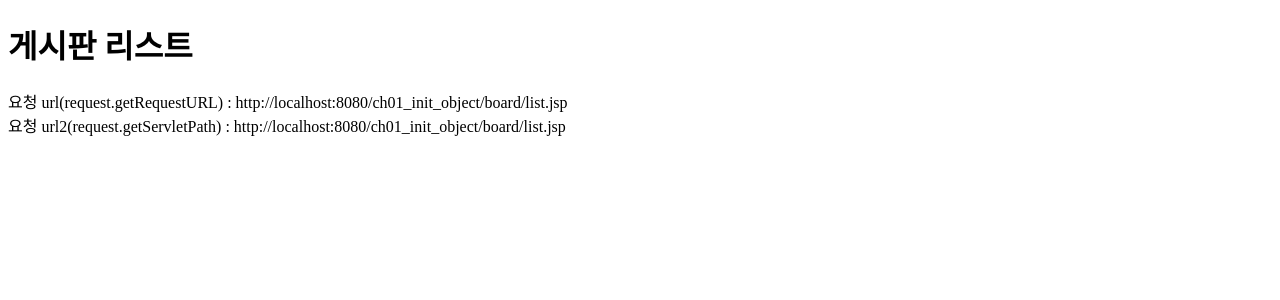
Repository: seokku/java2
Page: http://localhost/ch01_init_object/board/list.jsp
An editor plug-in stored every save of this project. The page is shown before and after the next save, followed by the edit.
The browser window is 1280 px wide. The pictures show the whole page.
The page is served by Tomcat 9. Other server files are loaded and not shown.

Above is the page before, as saved 2021-02-17 05:39:06.

### workspace/jsp/ch01_init_object/WebContent/board/list.jsp
<%@page import="com.webjjang.main.controller.Beans"%>
<%@ page language="java" contentType="text/html; charset=UTF-8"
    pageEncoding="UTF-8"%>

<%
// ----------- 데이터 처리
// 요청한  url 가져오기
String url = request.getRequestURL().toString();
String url2 = request.getServletPath();

// List list = Beans.get(url);

%>

<!-- 데이터 표시     -->
<!DOCTYPE html>
<html>
<head>
<meta charset="UTF-8">
<title>게시판 리스트</title>
</head>
<body>
<h1>게시판 리스트</h1>
요청 url(request.getRequestURL) : <%= url %><br/>
요청 url2(request.getServletPath) : <%= url %><br/>
</body>
</html>

After the next save:
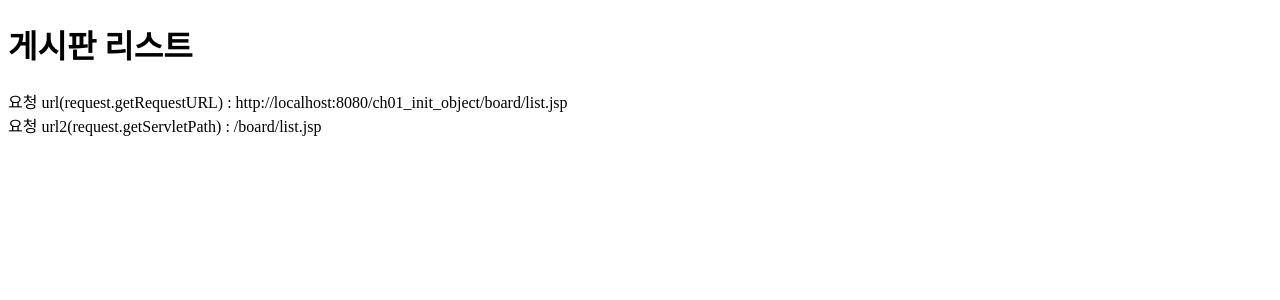
Saved 11 s later.
--- a/workspace/jsp/ch01_init_object/WebContent/board/list.jsp
+++ b/workspace/jsp/ch01_init_object/WebContent/board/list.jsp
@@ -22,6 +22,6 @@
 <body>
 <h1>게시판 리스트</h1>
 요청 url(request.getRequestURL) : <%= url %><br/>
-요청 url2(request.getServletPath) : <%= url %><br/>
+요청 url2(request.getServletPath) : <%= url2 %><br/>
 </body>
 </html>
